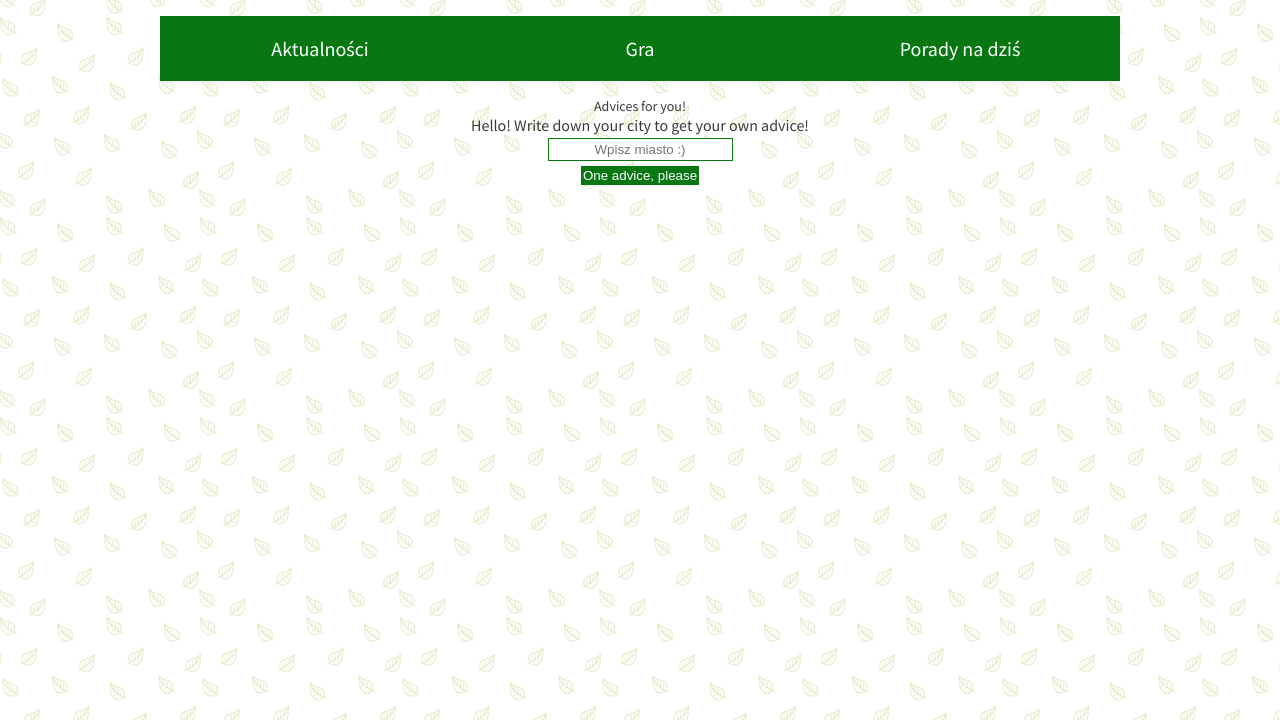
Repository: Karina-00/hackyea
Page: hackyea-master/frontend/pogoda/advice.html
The author's editor kept a copy of each file at every save. The page is drawn from the files as they stood at one save, then again after the next save.
The browser window is 1280 px wide. The pictures show the whole page.

Above is the page before, as saved 2019-09-15 13:42:45.

### hackyea-master/frontend/pogoda/advice.html
<!DOCTYPE HTML>
<html lang="en">
<head>
        <meta charset="utf-8" />
        <meta name="viewport" content="width=device-width, initial-scale=1">
        <meta name="description" content="Get your own environmental advice!"/>
        <link href="https://fonts.googleapis.com/css?family=Source+Sans+Pro&display=swap&subset=latin-ext" rel="stylesheet">
        <link rel="stylesheet" type="text/css" href="../index/artykuly.css">
        <link rel="stylesheet" type="text/css" href="pogoda.css">
        <meta http-equiv="X-UA-Compatible" content="IE=edge,chrome=1" />
        <title>Advices for you</title>

</head>
<body>


<nav>
        <ul>
                <li><a href="../index/index.html">Aktualności</a></li>
                <li><a href="../gra/game.html">Gra</a></li>
                <li><a href="../pogoda/advice.html">Porady na dziś</a></li>
        </ul>
</nav>
<main>

        <div class="gora row">
                <div id="h">Advices for you!</div>
                <div class="welcome">Hello! Write down your city to get your own advice!</div>
                <div>
                        <input type="text" id="city" placeholder="Wpisz miasto :)" class="#"></input>
                </div>
                <div><button id="search" class="btn">One advice, please</button></div>
        </div>


        <div class="row" id="result"></div>
</main>
        <script src="advice.js"></script>

</body>
</html>

### hackyea-master/frontend/index/artykuly.css

body{
   background: url(image/leaves.png);
   color: rgb(58, 58, 58);
 }

 /* menu styles */

 nav{
   background: rgb(7, 119, 17);
   position: sticky;
   margin: 0 auto;
   top: 0;
   max-width: 960px;
 }

 nav ul{
   list-style-type: none;
   padding: 0;
 }

 nav a{
   text-decoration: none;
   text-align: center;
   color: #fff;
   font-size: 20px;
   display: block;
   padding: 20px;
 }

 nav a:hover{
   background-color: rgb(5, 78, 11);
   transition: 2s;
 }
/*
 .change-theme{
    margin-left:
 }
 .change-theme label{
   cursor: pointer;
 }

 .change-theme span{
   display: inline-block;
   width: 20px;
   height: 20px;

} */

 header{
    font-size: 40px;
    text-align: center;
    font-weight: bold;
    margin-top: 30px;
 }

 section{
    max-width: 960px;
    margin: auto;
    display: flex;
    flex-direction: column;
    font-size: 28px;
    margin-bottom: 12px;
 }
 .front{
   padding-bottom: 20px;
   padding-top: 20px;
 }
 .front:hover{
   cursor: pointer;
   background-color: rgba(0, 0, 0, 0.062);
   color: rgb(90, 90, 90);
 }

 section h2{
   text-align: center;
 }
 article{
    border: 1px dashed darkgrey;
   justify-content: space-evenly;
    padding: 20px;
 }



 /* flex */

 nav ul{
   display: flex;
   justify-content: space-evenly;
 }

nav li{
  flex: 1 1 0;
}

@media screen and (max-width: 600px){
   nav ul{
      display: flex;
      justify-content: space-evenly;
      flex-direction: column;
    }

   nav li{
     flex: 1 1 0;

   }
}

#tytul{
  font-size: 36px;
  margin-bottom: 12px;
  text-align: center;
}
#opis{
  font-size:16px;
  text-align: justify;
}

### hackyea-master/frontend/pogoda/pogoda.css
body{
    font-family: 'Source Sans Pro', sans-serif;
    text-align: center;
}
.ramka{
    border: 1px solid rgba(0, 0, 0, 0.575);
    background-color: rgba(127, 255, 212, 0.137);
    margin-bottom: 3px;
}
.welcome
{
    margin-bottom: 3px;
}
#h{
    font-size: 14px;
}
#city{
    margin-bottom: 3px;
    padding: 3px;
    border: 1px solid rgb(7, 119, 17);
    text-align: center;
}
#search{
    margin-bottom: 3px;
    background: rgb(7, 119, 17);
    color: white;
    padding: 2px;
    border:none;
}
#search:hover{
    background: rgb(6, 131, 17);
}

### hackyea-master/frontend/pogoda/advice.js
document.getElementById('search').addEventListener('click', weather);

var temperat;
var wind;
var dataih;
var godzinka;
var chmurki;
var x;
var y;
var z;


var k = 0;

function test(temperat,wind,chmurki,x,y,z)
{
    if(k<2){
        if(temperat>30)
        {
            document.getElementById('result').innerHTML+="<div class='ramka'><div class='termometr'><p><b>It's gonna be hot out there! You better hide, the sun is watching you...</b></p></div><div class='napis'><div>"+x+"</br>"+y+":"+z+"</div> </br> <div style='font-size:20px'>"+temperat+"&#176C</div> </br> "+wind+" m/s</br>"+chmurki+"</div></div>";
        }
        else if (temperat>25)
        {
            document.getElementById('result').innerHTML+="<div class='ramka'><div class='termometr'><p><b>It will be hot, but stable. Wear something nice and say hello to the sun!</b></p></div><div class='napis'><div>"+x+"</br>"+y+":"+z+"</div> </br> <div style='font-size:20px'>"+temperat+"&#176C</div> </br> "+wind+" m/s</br>"+chmurki+"</div></div>";
        }
        else if (temperat>20)
        {
            document.getElementById('result').innerHTML+="<div class='ramka'><div class='termometr'><p><b>Well, it's nice, but also a nice cardigan should be great for you</b></p></div><div class='napis'><div>"+x+"</br>"+y+":"+z+"</div> </br> <div style='font-size:20px'>"+temperat+"&#176C</div> </br> "+wind+" m/s</br>"+chmurki+"</div></div>";
        }
        else if(temperat>10)
        {
            document.getElementById('result').innerHTML+="<div class='place col-md-6 mblank-3 ramka'><div class='termometr'><p><b>Get a jacket with you! It can be nice or not<b></p></div><div class='napis'><div>"+x+"</br>"+y+":"+z+"</div> </br> <div style='font-size:20px'>"+temperat+"&#176C</div> </br> "+wind+" m/s</br>"+chmurki+"</div></div>";
        }
        else if(temperat>0)
        {
            document.getElementById('result').innerHTML+="<div class='ramka'><div class='termometr'><p><b>Winter jacket is neccessary today<b></p></div><div class='napis'><div>"+x+"</br>"+y+":"+z+"</div></br> <div style='font-size:20px'>"+temperat+"&#176C</div> </br> "+wind+" m/s</br>"+chmurki+"</div></div>";
        }
        else if(temperat<=0)
        {
            document.getElementById('result').innerHTML+="<div class='ramka'><div class='termometr'><p><b>It is definetely cold or very cold. Winter is coming.<b></p></div><div class='napis'><div>"+x+"</br>"+y+":"+z+"</div> </br><div style='font-size:20px'>"+temperat+"&#176C</div></br> "+wind+" m/s</br>"+chmurki+"</div></div>";
        }
        k++;
    }
}
var dana;


function weather()
{
    document.getElementById('result').innerHTML="";
    var city=document.getElementById('city').value;



    fetch('https://api.openweathermap.org/data/2.5/forecast?q='+city+'&appid=ae76d0efed32d9f29c4d54a5738b80ca').then(function(response)
    {
        return response.json();
    })
    .then(function(jsonData){
        jsonData.list.forEach(function(item){
            var dataih=item.dt_txt.split(' ',2);
            var godzinka=dataih[1].split(':',3);
            test(Math.floor(item.main.temp-273), item.wind.speed, item.weather[0].description, dataih[0],godzinka[0],godzinka[1]);

                item.weather.forEach(function(ele)
                {
                    chmurki=ele.description;
                });

        });
    })
    k=0;
}

After the next save:
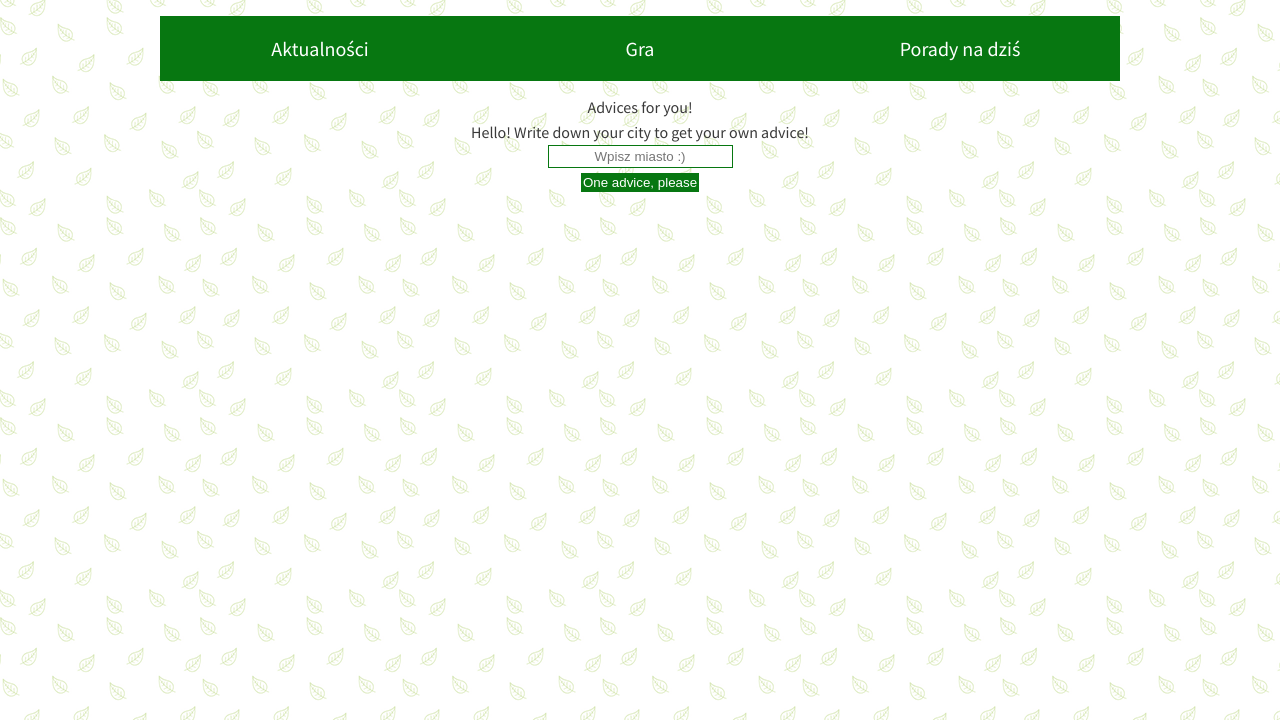
Saved 11 s later.
--- a/hackyea-master/frontend/pogoda/pogoda.css
+++ b/hackyea-master/frontend/pogoda/pogoda.css
@@ -12,7 +12,8 @@ body{
     margin-bottom: 3px;
 }
 #h{
-    font-size: 14px;
+    font-size: 16px;
+    margin: 5px;
 }
 #city{
     margin-bottom: 3px;
